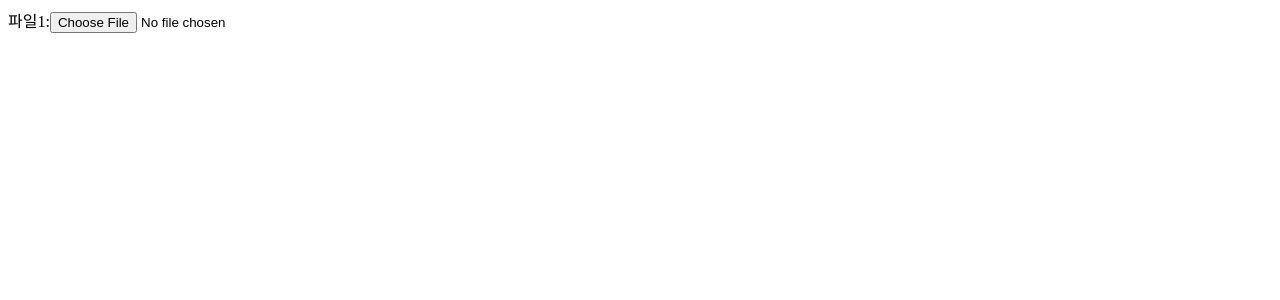
Repository: Yusubin/workEx
Page: http://localhost/project06/uploadForm.jsp
An editor plug-in stored every save of this project. The page is shown before and after the next save, followed by the edit.
The browser window is 1280 px wide. The pictures show the whole page.
The page is served by Tomcat 9.

Above is the page before, as saved 2022-02-10 08:07:43.

### project06/src/main/webapp/uploadForm.jsp
<%@ page language="java" contentType="text/html; charset=UTF-8"
    pageEncoding="UTF-8"%>
<%@ taglib prefix="c" uri="http://java.sun.com/jsp/jstl/core" %>
<%@ taglib prefix="fmt" uri="http://java.sun.com/jsp/jstl/fmt" %>
<c:set var="contextPath" value="${pageContext.request.contextPath}"/>

<!DOCTYPE html>
<html>
<head>
<meta charset="UTF-8">
<title>File Upload</title>
</head>
<body>
	<form action ="${contextPath}/upload" method="post" enctype="multipart/form-data">
		파일1:<input type="file" name="file1"><br>


	</form>
</body>
</html>

After the next save:
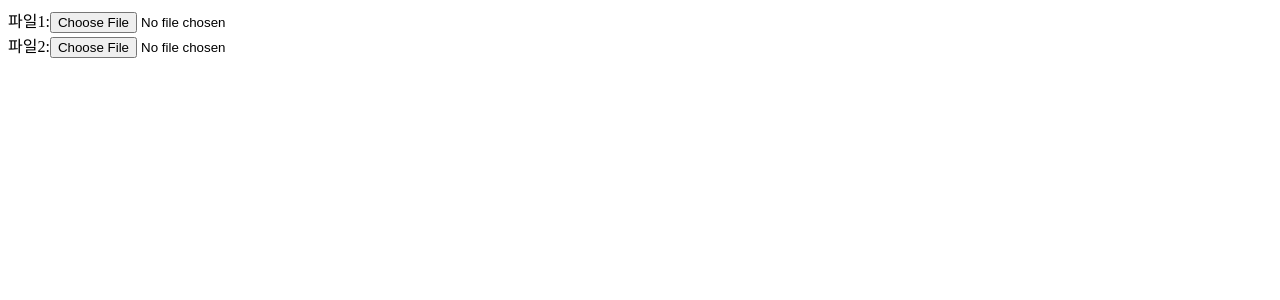
Saved 8 s later.
--- a/project06/src/main/webapp/uploadForm.jsp
+++ b/project06/src/main/webapp/uploadForm.jsp
@@ -13,7 +13,7 @@
 <body>
 	<form action ="${contextPath}/upload" method="post" enctype="multipart/form-data">
 		파일1:<input type="file" name="file1"><br>
-
+		파일2:<input type="file" name="file1"><br>
 
 	</form>
 </body>
